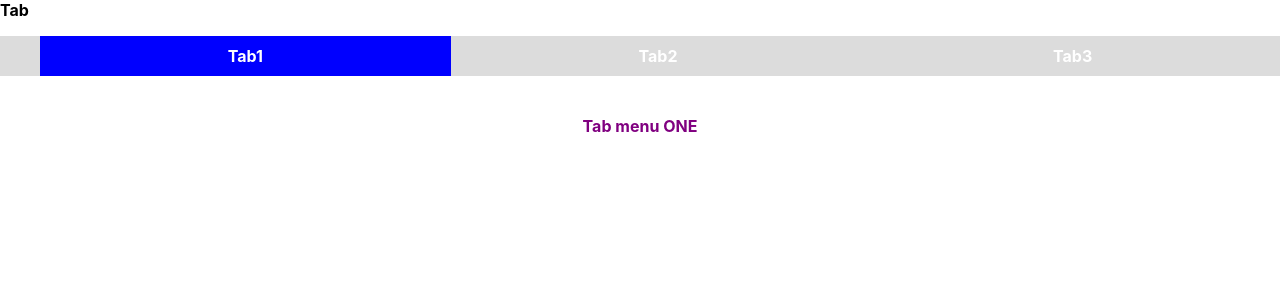
Repository: janghwahyun/wanted_pre_onboarding
Page: /Tab
The author's editor kept a copy of each file at every save. The page is drawn from the files as they stood at one save, then again after the next save.
The browser window is 1280 px wide. The pictures show the whole page.
The project was rebuilt for these pictures with package versions that can differ from the ones it lists, and the page was loaded fresh each time. Also part of the build but not shown: src/component/ClickToEdit.js, src/component/AutoComplete.js, src/component/Modal.js, src/component/Tag.js, src/component/Toggle.js.

Above is the page before, as saved 2022-02-11 14:11:26.

After the next save:
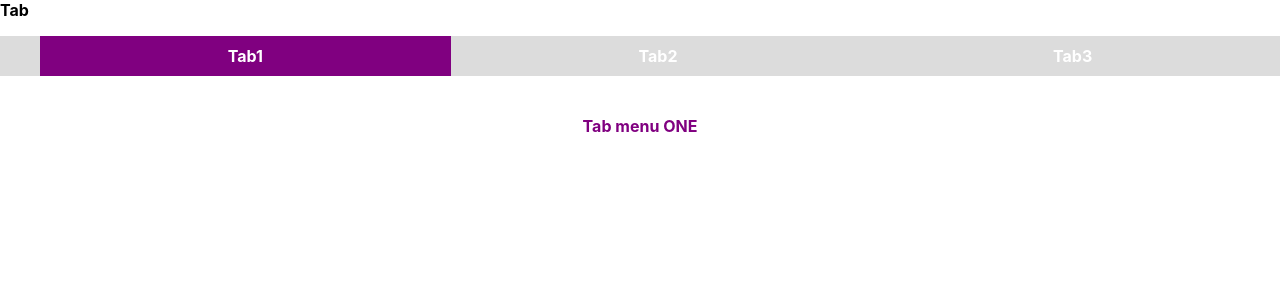
Saved 7 s later.
--- a/src/component/Tab.js
+++ b/src/component/Tab.js
@@ -54,7 +54,7 @@ const TabMenu = styled.ul`
   }
 
   .focused {
-    background-color: blue;
+    background-color: purple;
     color: white;
     height: 100%;
     display: flex;
